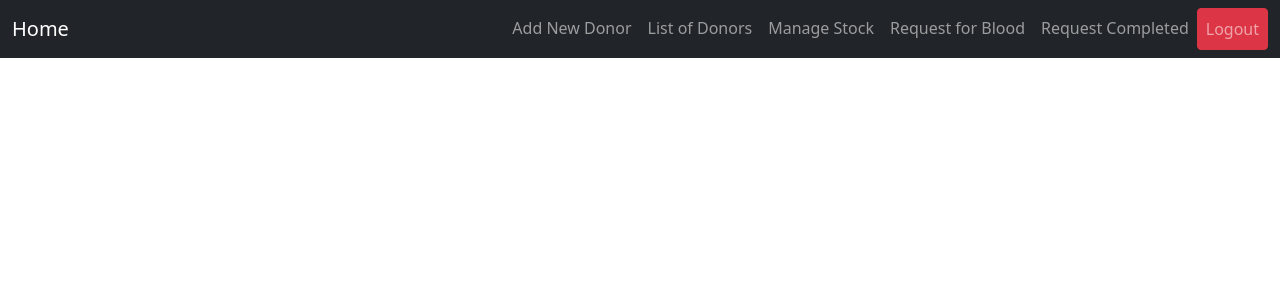
Repository: kshitizJ/Blood-Bank-Management-System-in-jsp
Page: Blood Bank Management System/WebContent/header.html
The author's editor kept a copy of each file at every save. The page is drawn from the files as they stood at one save, then again after the next save.
The browser window is 1280 px wide. The pictures show the whole page.

Above is the page before, as saved 2021-04-28 13:01:18.

After the next save:
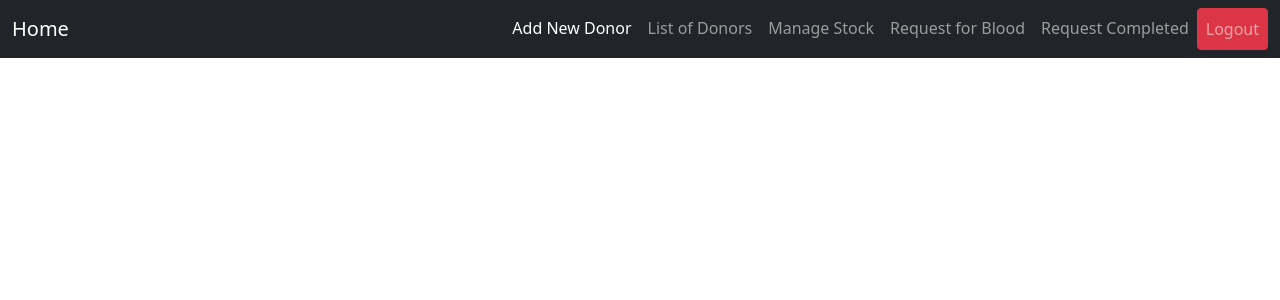
Saved 14 s later.
--- a/Blood Bank Management System/WebContent/header.html
+++ b/Blood Bank Management System/WebContent/header.html
@@ -25,7 +25,7 @@
 			<div class="collapse navbar-collapse justify-content-end"
 				id="navbarNav">
 				<ul class="navbar-nav ">
-					<li class="nav-item"><a class="nav-link text-center"
+					<li class="nav-item"><a class="nav-link text-white"
 						href="addNewDonor.jsp">Add New Donor</a></li>
 					<li class="nav-item"><a class="nav-link"
 						href="editDeleteList.jsp">List of Donors</a></li>
